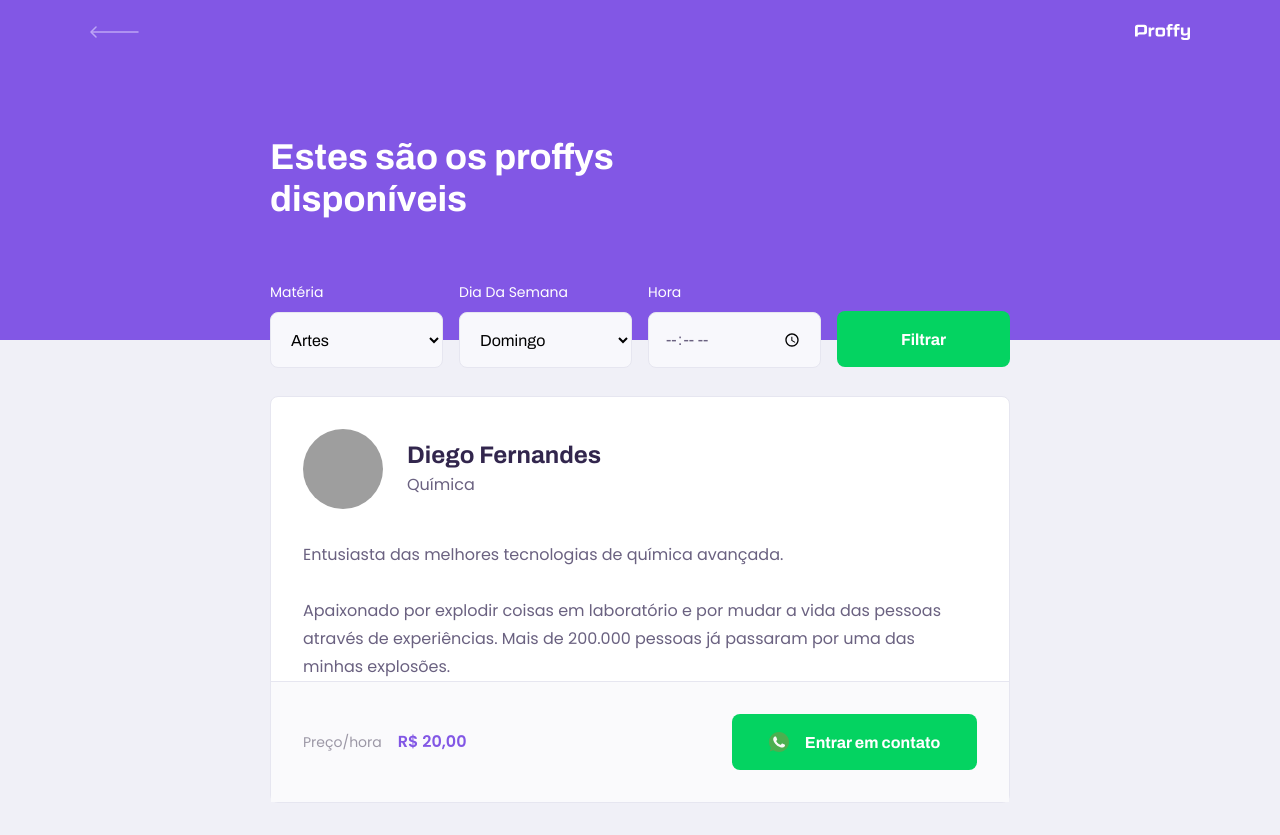
Repository: LukeVersus/NLW
Page: src/views/study.html
An editor plug-in stored every save of this project. The page is shown before and after the next save, followed by the edit.
The browser window is 1280 px wide. The pictures show the whole page.
Pictures or frames that could not be fetched are drawn as grey boxes.

Above is the page before, as saved 2020-08-06 20:15:11.

After the next save:
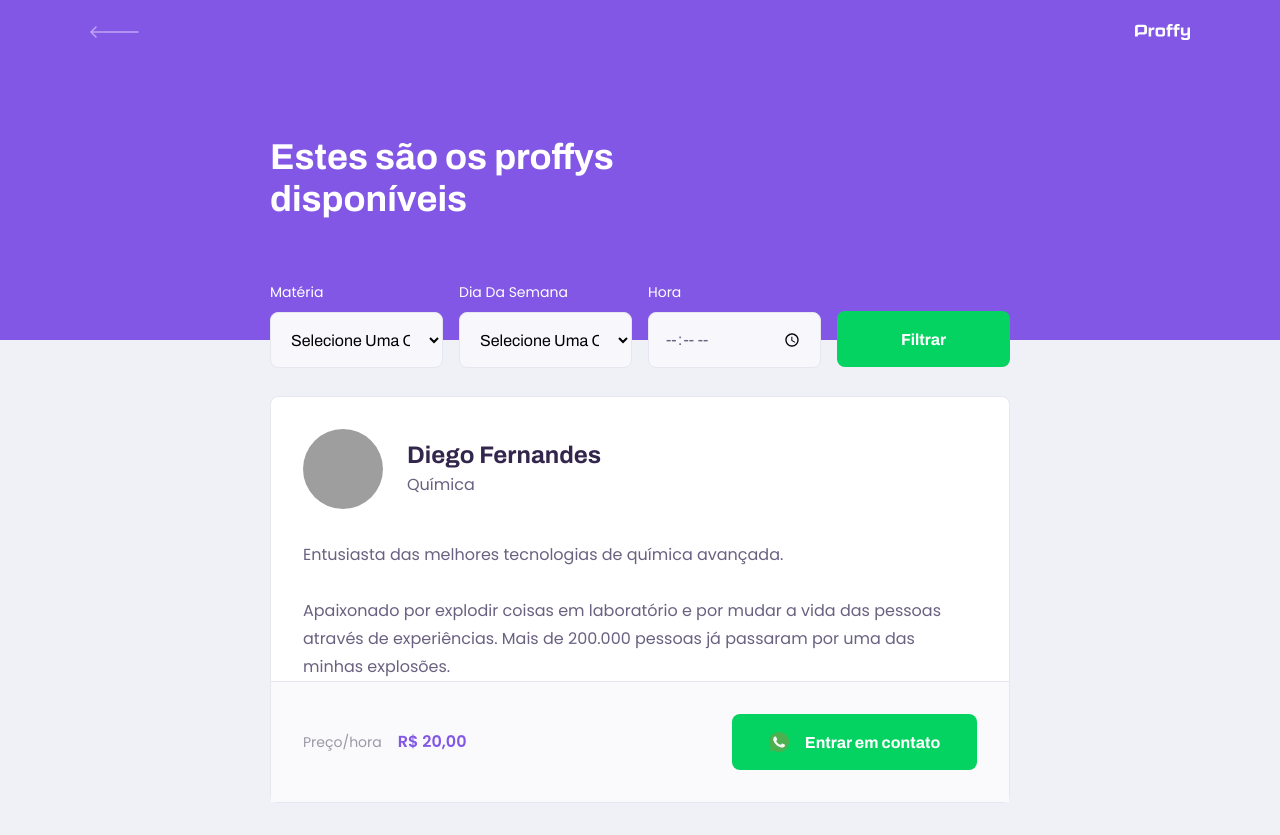
Saved 54 s later.
--- a/src/views/study.html
+++ b/src/views/study.html
@@ -27,32 +27,32 @@
                     <div class="select-block">
                         <label for="subject">Matéria</label>
                         <select name="subject" id="subject">
-                            <option value="" disabled="" hidden="">Selecione Uma Opção</option>
-                            <option value="1">Artes</option>
-                            <option value="2">Biologia</option>
-                            <option value="3">Ciências</option>
-                            <option value="4">Educação Física</option>
-                            <option value="5">Espanhol</option>
-                            <option value="6">Física</option>
-                            <option value="7">Geografia</option>
-                            <option value="8">História</option>
-                            <option value="9">Inglês</option>
-                            <option value="10">Matemática</option>
-                            <option value="11">Português</option>
-                            <option value="12">Química</option>
+                            <option value="" >Selecione Uma Opção</option>
+                            <option value="0">Artes</option>
+                            <option value="1">Biologia</option>
+                            <option value="2">Ciências</option>
+                            <option value="3">Educação Física</option>
+                            <option value="4">Espanhol</option>
+                            <option value="5">Física</option>
+                            <option value="6">Geografia</option>
+                            <option value="7">História</option>
+                            <option value="8">Inglês</option>
+                            <option value="9">Matemática</option>
+                            <option value="10">Português</option>
+                            <option value="11">Química</option>
                         </select>
                     </div>
                     <div class="select-block">
                         <label for="weekday">Dia Da Semana</label>
                         <select name="weekday" id="weekday">
-                            <option value="" disabled="" hidden="">Selecione Uma Opção</option>
-                            <option value="1">Domingo</option>
-                            <option value="2">Segunda-Feira</option>
-                            <option value="3">Terça-Feira</option>
-                            <option value="4">Quarta-Feira</option>
-                            <option value="5">Quinta-Feira</option>
-                            <option value="6">Sexta-Feira</option>
-                            <option value="7">Sábado</option>
+                            <option value="" >Selecione Uma Opção</option>
+                            <option value="0">Domingo</option>
+                            <option value="1">Segunda-Feira</option>
+                            <option value="2">Terça-Feira</option>
+                            <option value="3">Quarta-Feira</option>
+                            <option value="4">Quinta-Feira</option>
+                            <option value="5">Sexta-Feira</option>
+                            <option value="6">Sábado</option>
                         </select>
                     </div>
                     <div class="input-block">
